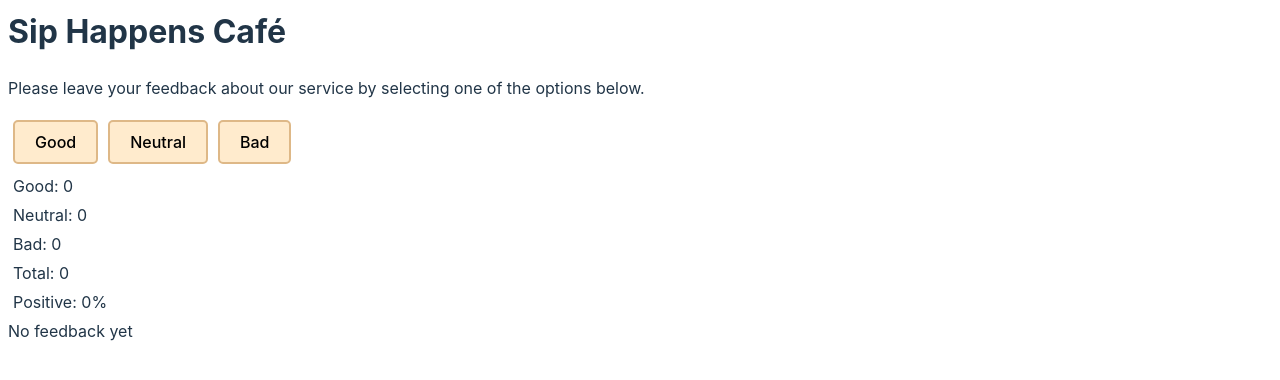
Repository: Evgeniya-Tishakova/goit-react-hw-02
Page: /
An editor plug-in stored every save of this project. The page is shown before and after the next save, followed by the edit.
The browser window is 1280 px wide. The pictures show the whole page.
The project was rebuilt for these pictures with package versions that can differ from the ones it lists, and the page was loaded fresh each time. Also part of the build but not shown: vite.config.js.

Above is the page before, as saved 2025-02-28 16:48:33.

### src/index.css
body {
  font-family: Inter, sans-serif;
  line-height: 1.5;
  font-weight: 400;
}

h1,
h2,
p {
  margin: 0;
}

ul,
ol {
  margin: 0;
  padding: 0;
}

img {
  display: block;
  max-width: 100%;
}

button {
  border-radius: 8px;
  border: 1px solid transparent;
  padding: 0.6em 1.2em;
  font-size: 1em;
  font-weight: 500;
  font-family: inherit;
  background-color: #fff;
  cursor: pointer;
  transition: border-color 0.25s;
}

button:hover {
  border-color: #646cff;
}

button:focus,
button:focus-visible {
  outline: 4px auto -webkit-focus-ring-color;
}

@media (prefers-color-scheme: light) {
  :root {
    color: #213547;
    background-color: #ffffff;
  }

  a:hover {
    color: #747bff;
  }

  button {
    /* background-color: #f9f9f9; */
  }
}

### src/components/App/App.jsx
import { useEffect, useState } from "react";

import Feedback from "../Feedback/Feedback.jsx";
import Options from "../Options/Options.jsx";
import Description from "../Description/Description.jsx";
import Notification from "../Notification/Notification.jsx";

export default function App() {
  const [rewiewType, setRewiewType] = useState({
    good: 0,
    neutral: 0,
    bad: 0,
  });

  let totalFeedback = rewiewType.bad + rewiewType.neutral + rewiewType.good;

  function getValue(obj, name) {
    return obj[name];
  }

  getValue({ propname: 123 }, "propname");

  const updateFeedback = (feedbackType) => {
    setRewiewType({
      ...rewiewType,
      [feedbackType]: rewiewType[feedbackType] + 1,
    });
  };

  const reset = () => {
    setRewiewType({
      good: 0,
      neutral: 0,
      bad: 0,
    });
  };
  return (
    <>
      <Description />
      <Options
        updateFeedback={updateFeedback}
        reset={reset}
        isShown={totalFeedback > 0}
      />
      <Feedback rewiewType={rewiewType} totalFeedback={totalFeedback} />
      {totalFeedback <= 0 && <Notification />}
    </>
  );
}

### src/components/Feedback/Feedback.jsx
import css from "./Feedback.module.css";

export default function Feedback({
  rewiewType: { good, neutral, bad },
  totalFeedback,
}) {
  return (
    <div>
      <p className={css.descr}>Good: {good}</p>
      <p className={css.descr}>Neutral: {neutral}</p>
      <p className={css.descr}>Bad: {bad}</p>
      <p className={css.descr}>Total: {totalFeedback}</p>
      <p className={css.descr}>
        Positive:{" "}
        {((good + neutral) / (totalFeedback ? totalFeedback : 1)) * 100}%
      </p>
    </div>
  );
}

### src/components/Options/Options.jsx
import css from "./Options.module.css";

export default function Options({ updateFeedback, reset, isShown }) {
  return (
    <div>
      <button className={css.button} onClick={() => updateFeedback("good")}>
        Good
      </button>
      <button className={css.button} onClick={() => updateFeedback("neutral")}>
        Neutral
      </button>
      <button className={css.button} onClick={() => updateFeedback("bad")}>
        Bad
      </button>
      {isShown && (
        <button className={css.button} onClick={() => reset()}>
          Reset
        </button>
      )}
      {}
    </div>
  );
}

### src/components/Description/Description.jsx
import css from "./Description.module.css";

export default function Description() {
  return (
    <div>
      <h1 className={css.title}>Sip Happens Café</h1>
      <p className={css.descr}>
        Please leave your feedback about our service by selecting one of the
        options below.
      </p>
    </div>
  );
}

### src/components/Notification/Notification.jsx
export default function Notification() {
  return (
    <div>
      <p>No feedback yet</p>
    </div>
  );
}

### src/components/Feedback/Feedback.module.css
.descr {
    margin: 5px;
}

### src/components/Options/Options.module.css
.button {
    border: 2px solid burlywood;
    padding: 10px 20px;
    background-color: blanchedalmond;
    margin: 5px;
    border-radius: 5px;
    cursor: pointer;
}

button:hover {
    background-color: skyblue;
}

button:active {
    background-color: aqua;
}

### src/components/Description/Description.module.css
.title {
    margin-bottom: 20px;
}

.descr {
    margin-bottom: 15px;
}

Loaded but not shown: index.html (common file); src/main.jsx (common file)

After the next save:
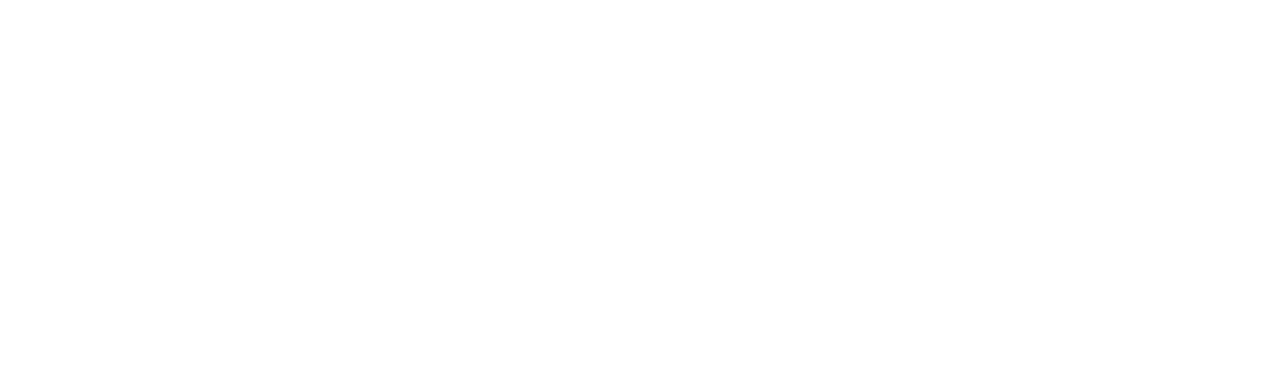
Console error: ReferenceError: o is not defined
Saved 3 min 45 s later.
--- a/src/components/App/App.jsx
+++ b/src/components/App/App.jsx
@@ -18,7 +18,7 @@
     return obj[name];
   }
 
-  getValue({ propname: 123 }, "propname");
+  getValue(o, "propname");
 
   const updateFeedback = (feedbackType) => {
     setRewiewType({

After the save that followed:
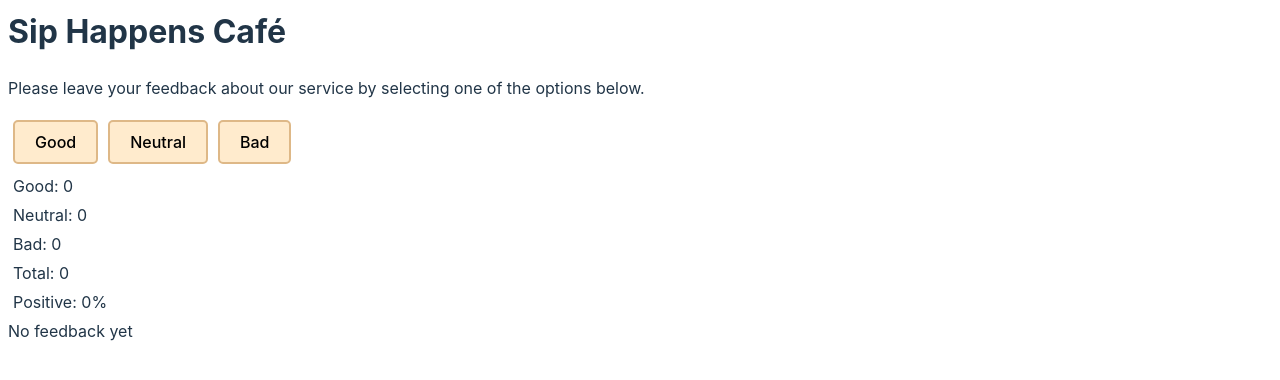
The error is gone.
Saved 5 min 38 s later.
--- a/src/components/App/App.jsx
+++ b/src/components/App/App.jsx
@@ -13,12 +13,6 @@
   });
 
   let totalFeedback = rewiewType.bad + rewiewType.neutral + rewiewType.good;
-
-  function getValue(obj, name) {
-    return obj[name];
-  }
-
-  getValue(o, "propname");
 
   const updateFeedback = (feedbackType) => {
     setRewiewType({
